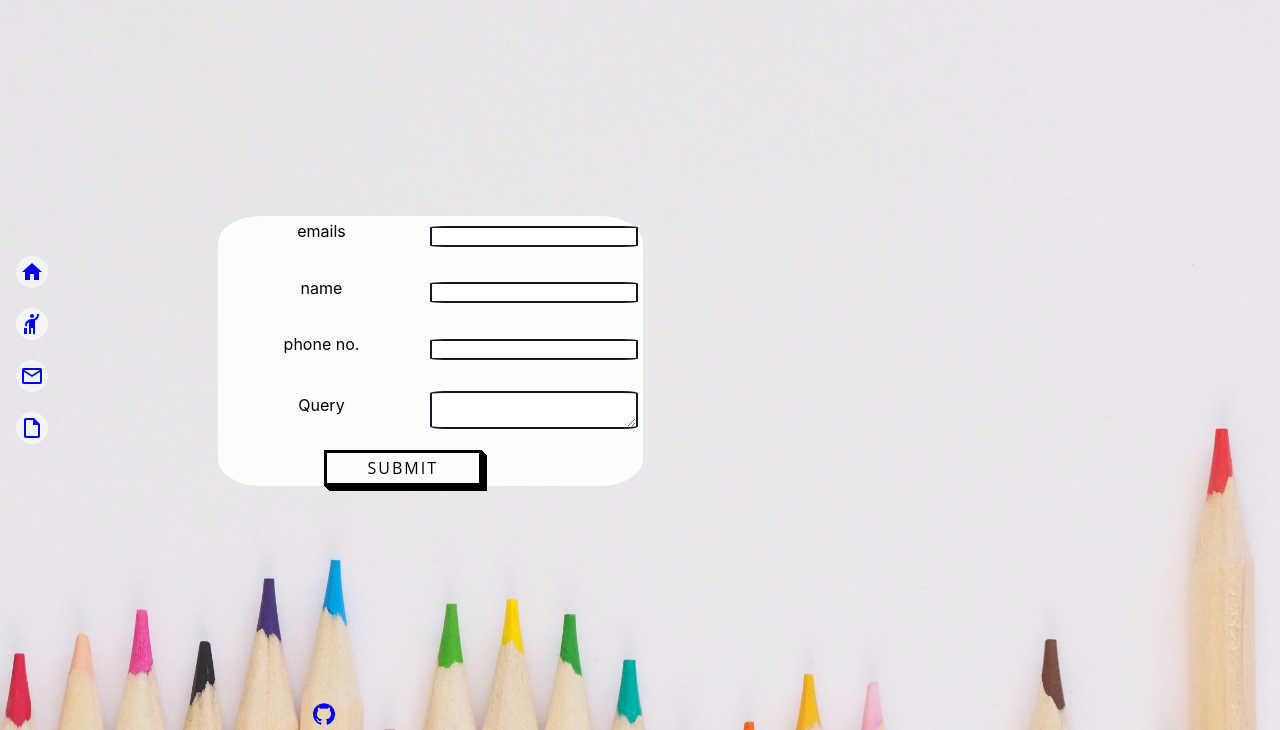
Repository: ujjawalmittal55/portfolio1
Page: /contact
The author's editor kept a copy of each file at every save. The page is drawn from the files as they stood at one save, then again after the next save.
The browser window is 1280 px wide. The pictures show the whole page.
The project was rebuilt for these pictures with package versions that can differ from the ones it lists, and the page was loaded fresh each time. Also part of the build but not shown: src/display.css, src/Display.tsx, src/about.css, src/About.jsx, src/document.css, src/Document.jsx.

Above is the page before, as saved 2022-05-12 22:40:40.

### public/index.html
<!DOCTYPE html>
<html lang="en">
  <head>

    <style>
      @import url('https://fonts.googleapis.com/css2?family=Montserrat:ital,wght@0,100;1,100&family=Source+Code+Pro:wght@300&display=swap');
    </style>
    <meta charset="utf-8" />
    <link rel="icon" href="%PUBLIC_URL%/favicon.ico" />
    <meta name="viewport" content="width=device-width, initial-scale=1" />
    <meta name="theme-color" content="#000000" />
    <meta
      name="description"
      content="Web site created using create-react-app"
    />
    <link rel="apple-touch-icon" href="%PUBLIC_URL%/logo192.png" />
    <!--
      manifest.json provides metadata used when your web app is installed on a
      user's mobile device or desktop. See https://developers.google.com/web/fundamentals/web-app-manifest/
    -->
    <link rel="manifest" href="%PUBLIC_URL%/manifest.json" />
    <!--
      Notice the use of %PUBLIC_URL% in the tags above.
      It will be replaced with the URL of the `public` folder during the build.
      Only files inside the `public` folder can be referenced from the HTML.

      Unlike "/favicon.ico" or "favicon.ico", "%PUBLIC_URL%/favicon.ico" will
      work correctly both with client-side routing and a non-root public URL.
      Learn how to configure a non-root public URL by running `npm run build`.
    -->
    <title>React App</title>
  </head>
  <body>
    <noscript>You need to enable JavaScript to run this app.</noscript>
    <div id="root"></div>
    <!--
      This HTML file is a template.
      If you open it directly in the browser, you will see an empty page.

      You can add webfonts, meta tags, or analytics to this file.
      The build step will place the bundled scripts into the <body> tag.

      To begin the development, run `npm start` or `yarn start`.
      To create a production bundle, use `npm run build` or `yarn build`.
    -->
  </body>
</html>

### src/index.tsx
import React from "react";
import ReactDOM from "react-dom/client";
import "./index.css";
import App from "./App";
import Portfolio from "./Portfolio";
import SideBar from "./SideBar";

import reportWebVitals from "./reportWebVitals";
import { BrowserRouter } from "react-router-dom";

const rootElement = document.getElementById("root");
if (!rootElement) throw new Error("Failed to find the root element");
const root = ReactDOM.createRoot(rootElement);
root.render(
  <React.StrictMode>
    <BrowserRouter>
      <Portfolio />
    </BrowserRouter>
  </React.StrictMode>
);

// If you want to start measuring performance in your app, pass a function
// to log results (for example: reportWebVitals(console.log))
// or send to an analytics endpoint. Learn more: https://bit.ly/CRA-vitals
reportWebVitals();

### src/Portfolio.tsx
import React, { Component } from "react";
import { BrowserRouter, Route, Link, Routes } from "react-router-dom";
import Display from "./Display";
import "./homepage.css";
import SideBar from "./SideBar";
import About from "./About";
import Document from "./Document";
import Contact from "./Contact";
function Portfolio() {
  return (
    <div className="Home">
      <div className="sidebar">
        <SideBar />
      </div>
      <div className="main_content">
        <Routes>
          <Route path="/" element={<Display />} />
          <Route path="/about" element={<About />} />
          <Route path="/contact" element={<Contact />} />
          <Route path="/projects" element={<Display />} />
          <Route path="/document" element={<Document />} />
        </Routes>
      </div>
    </div>
  );
}

export default Portfolio;

### src/homepage.css
.Home {
  background-image: url("/public/bg.jpg");
  background-size: cover;
  background-repeat: no-repeat;
  display: flex;
}
.main_content {
  flex: 1;
}

### src/SideBar.tsx
import React from "react";
import {
  BrowserRouter as Router,
  Route,
  Link,
  useParams,
  NavLink,
} from "react-router-dom";

import "./sidebar.css";
import HomeIcon from "@mui/icons-material/Home";
import HailIcon from "@mui/icons-material/Hail";
import InsertDriveFileOutlinedIcon from "@mui/icons-material/InsertDriveFileOutlined";
import EmailOutlinedIcon from "@mui/icons-material/EmailOutlined";

function SideBar() {
  return (
    <div>
      <div className="sidebar">
        <ul className="sidebar-items">
          <li className="list">
            <Link to="/">
              <div className="list-div">
                <HomeIcon>home</HomeIcon>
              </div>
            </Link>
          </li>
          <Link to="/about">
            <li className="list">
              <div className="list-div">
                <HailIcon>home</HailIcon>
              </div>
            </li>
          </Link>
          <Link to="/contact">
            <li className="list">
              <div className="list-div">
                <EmailOutlinedIcon>home</EmailOutlinedIcon>
              </div>
            </li>
          </Link>

          <Link to="/document">
            <li className="list">
              <div className="list-div">
                <InsertDriveFileOutlinedIcon>home</InsertDriveFileOutlinedIcon>
              </div>
            </li>
          </Link>
        </ul>
      </div>
    </div>
  );
}

export default SideBar;

### src/Contact.jsx
import React, { useState } from "react";
import { GitHub } from "@mui/icons-material";
import { motion } from "framer-motion";
import "./contact.css";
const spanVariants = {
  hidden: {
    opacity: 0,
    y: "100vh",
  },
  visible: {
    opacity: 1,
    y: 0,
    scale: 2,
    transition: { duration: 2 },
  },
};
function Contact() {
  const [email, setEmail] = useState("");
  const [name, setName] = useState("");
  const [phone, setPhone] = useState("");
  const [query, setQuery] = useState("");
  const clearState = () => {
    setName("");
    setEmail("");
    setPhone("");
    setQuery("");
  };

  const submit = (e) => {
    e.preventDefault();
    clearState();
  };
  return (
    <div>
      <motion.form
        className="form"
        initial={{ y: "-100vh" }}
        animate={{ y: 0 }}
        transition={{ duration: 1 }}
      >
        <motion.span
          className="elements"
          variant={spanVariants}
          initial="hidden"
          animate="visible"
          whileHover="visible"
        >
          emails
        </motion.span>
        <input
          className="Input"
          type="email"
          onChange={(e) => setEmail(e.target.value)}
          value={email}
        />
        <span className="elements">name</span>
        <input
          className="Input"
          type="text"
          value={name}
          onChange={(e) => setName(e.target.value)}
        />

        <span className="elements">phone no.</span>
        <input
          className="Input"
          type="number"
          value={phone}
          onChange={(e) => setPhone(e.target.value)}
        />

        <span className="elements">Query</span>
        <textarea
          className="Input"
          maxLength="500"
          initial="wirte your Query"
          value={query}
          onChange={(e) => setQuery(e.target.value)}
        ></textarea>
        <motion.div
          className="button"
          whileHover={{
            scale: 1.1,
            animate: { style: { boxShadow: "1px 0px 10px #F0FFFF  " } },
            transition: { delay: 0, yoyo: Infinity },
          }}
          onClick={(e) => submit(e)}
        >
          submit
        </motion.div>
      </motion.form>
      <div className="social">
        <a href="https://github.com/ujjawalmittal55" target="_blank">
          <GitHub />{" "}
        </a>
      </div>
    </div>
  );
}

export default Contact;

### src/sidebar.css
.sidebar {
  height: 100%;
  /* background-color: rgb(221, 195, 195) */
}
.sidebar {
  height: 100vh;
  display: grid;
  align-items: center;
  text-align: center;
  text-decoration: none;
}
.sidebar-items {
  padding: 0;
  margin: 1em;
}

.list {
  font-size: 1em;
  margin-bottom: 1.25em;
  list-style-type: none;
  text-align: center;
  text-decoration: none;
  padding: auto;
}

.list-div:hover {
  text-decoration: underline;
  transform: scale(1.25);
  background-color: rgb(126, 128, 247);
}

.list-div {
  display: flex;
  justify-content: center;
  align-items: center;
  text-align: center;
  height: 2em;
  width: 2em;
  background-color: rgb(242, 244, 245);
  border-radius: 50%;
  transition-duration: 0.5s;
}

### src/contact.css
.form {
  background-color: rgb(253, 253, 252);
  display: grid;
  text-align: center;
  margin-top: 30vh;
  margin-left: 12vw;
  width: 35%;
  grid-template-columns: 1fr 1fr;
  grid-row-gap: 3vh;
  align-content: space-between;
  justify-content: space-between;
  align-items: center;
  border-radius: 10%;
}
.elements {
  margin-top: 5px;
  margin-right: 5px;
  margin-bottom: 10px;
}
.button {
  margin-left: 10px;
  grid-column-start: 1;
  grid-column-end: 3;
  width: 30%;
  margin-left: 25%;
  font-family: "Open Sans", sans-serif;
  font-size: 16px;
  letter-spacing: 2px;
  text-decoration: none;
  text-transform: uppercase;
  color: #000;
  cursor: pointer;
  border: 3px solid;
  padding: 0.25em 0.5em;
  box-shadow: 1px 1px 0px 0px, 2px 2px 0px 0px, 3px 3px 0px 0px, 4px 4px 0px 0px,
    5px 5px 0px 0px;
  position: relative;
  user-select: none;
  -webkit-user-select: none;
  touch-action: manipulation;
}

.button:active {
  box-shadow: 0px 0px 0px 0px;
  top: 5px;
  left: 5px;
}

@media (min-width: 768px) {
  .button {
    padding: 0.25em 0.75em;
  }
}

.Input {
  margin-top: 5px;
  margin-right: 5px;
  border-radius: 7%;

  border: 2px solid rgb(22, 22, 40);
}
.Input:checked {
  border: 2px solid rgb(102, 102, 251);
}
.social {
  display: grid;
  text-align: center;
  margin-top: 30vh;
  margin-left: 12vw;
  width: 35%;
  grid-template-columns: 1fr 1fr;
  grid-row-gap: 3vh;
  align-content: space-between;
  justify-content: space-between;
  align-items: center;
  border-radius: 10%;
}

Loaded but not shown: src/index.css (common file); src/reportWebVitals.js (common file)

After the next save:
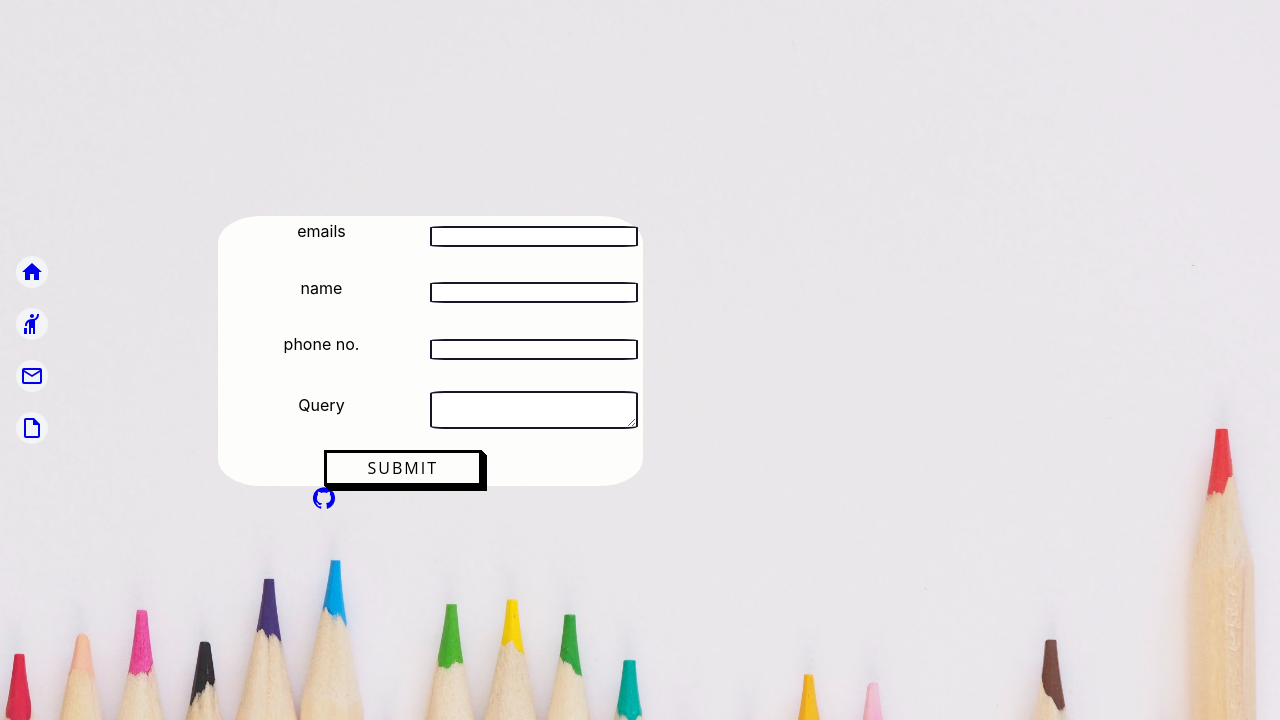
Saved 12 s later.
--- a/src/contact.css
+++ b/src/contact.css
@@ -65,7 +65,6 @@
 .social {
   display: grid;
   text-align: center;
-  margin-top: 30vh;
   margin-left: 12vw;
   width: 35%;
   grid-template-columns: 1fr 1fr;
